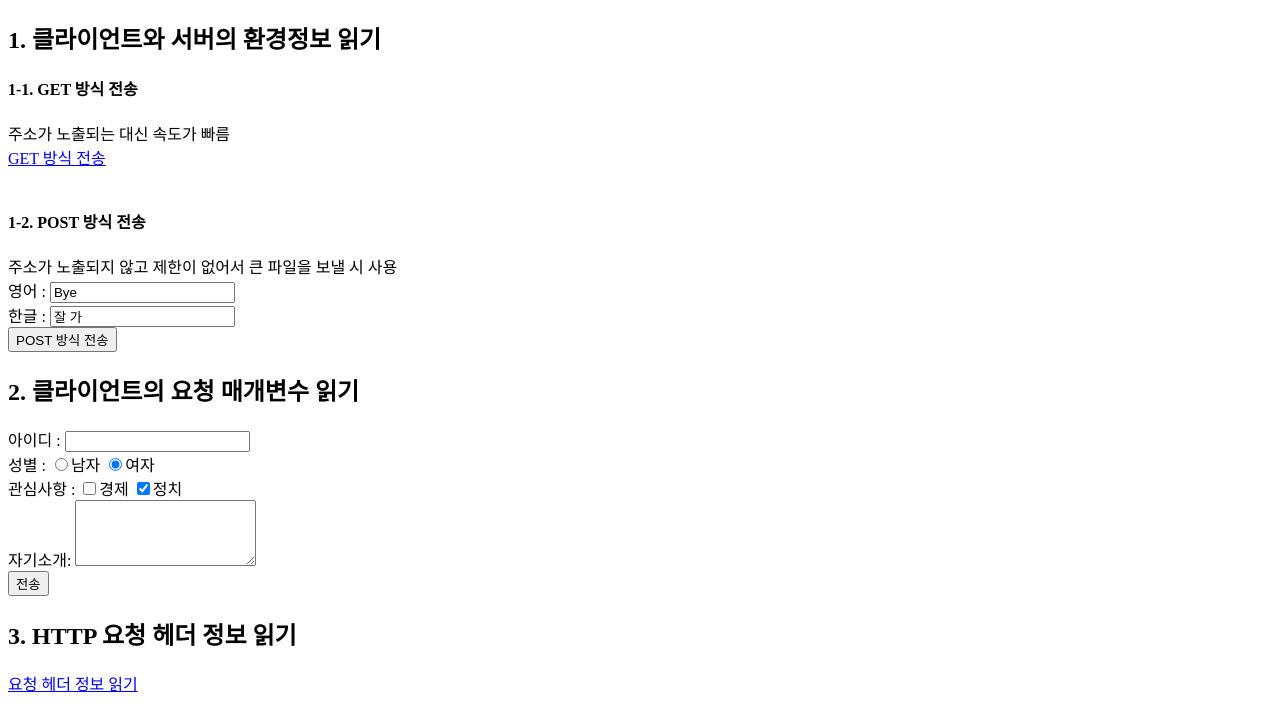
Repository: Jadedvst/JSP-Servlet
Page: http://localhost/MustHaveJSP/02ImplicitObject/RequestHeader.jsp
An editor plug-in stored every save of this project. The page is shown before and after the next save, followed by the edit.
The browser window is 1280 px wide. The pictures show the whole page.
The page is served by Tomcat 9.

Above is the page before, as saved 2023-12-11 03:11:25.

After the next save:
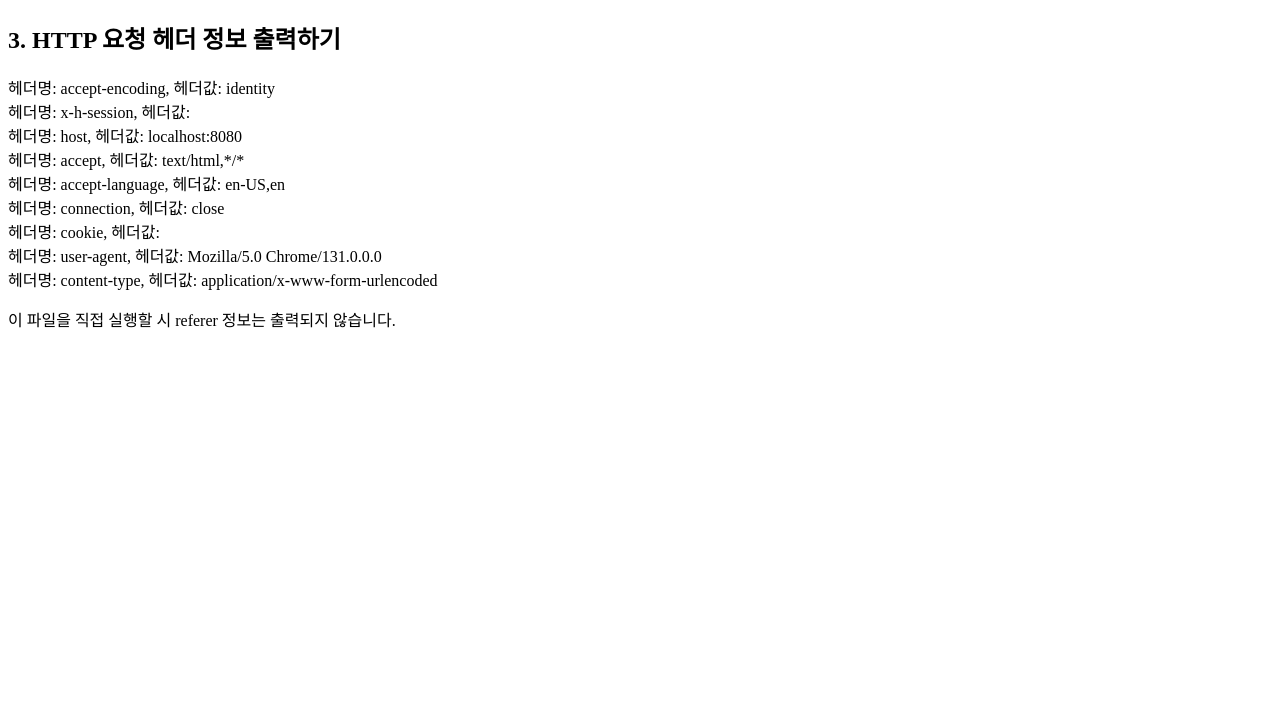
Saved 28 min 5 s later.
--- a/MustHaveJSP/src/main/webapp/02ImplicitObject/RequestHeader.jsp
+++ b/MustHaveJSP/src/main/webapp/02ImplicitObject/RequestHeader.jsp
@@ -1,3 +1,4 @@
+<%@ page import="java.util.Enumeration" %>
 <%@ page language="java" contentType="text/html; charset=UTF-8"
     pageEncoding="UTF-8"%>
 <!DOCTYPE html>
@@ -7,42 +8,15 @@
 <title>내장 객체 - request</title>
 </head>
 <body>
-	<h2>1. 클라이언트와 서버의 환경정보 읽기</h2>
-	<h4>1-1. GET 방식 전송</h4>
-	주소가 노출되는 대신 속도가 빠름<br/>
-	<a href="./RequestWebInfo.jsp?eng=Hello&han=안녕">
-		GET 방식 전송
-	</a>
-	<br />
-	<br />
-	<!-- form: 서버에서 브라우저에 보내는 정보 -->
-	<h4>1-2. POST 방식 전송</h4>
-	<form action="./RequestWebInfo.jsp" method="post">
-		주소가 노출되지 않고 제한이 없어서 큰 파일을 보낼 시 사용<br/>
-		영어 : <input type="text" name="eng" value="Bye" /><br/>
-		한글 : <input type="text" name="han" value="잘 가" /><br/>
-		<input type="submit" value="POST 방식 전송" />
-	</form>
-
-	<h2>2. 클라이언트의 요청 매개변수 읽기</h2>
-	<form action="RequestParameter.jsp" method="post">
-		아이디 : <input type="text" name="id" value="" /><br/>
-		성별 :
-		<input type="radio" name="sex" value="man" />남자
-		<input type="radio" name="sex" value="woman" checked="checked" />여자
-		<br/>
-		관심사항 :
-		<input type="checkbox" name="favo" value="eco" />경제
-		<input type="checkbox" name="favo" value="pol" checked="checked" />정치<br/>
-		자기소개:
-		<textarea name="intro" cols="20" rows="4"></textarea>
-		<br/>
-		<input type="submit" value="전송" />
-	</form>
-
-	<h2>3. HTTP 요청 헤더 정보 읽기</h2>
-	<a href="RequestHeader.jsp">
-		요청 헤더 정보 읽기
-	</a>
+	<h2>3. HTTP 요청 헤더 정보 출력하기</h2>
+	<%
+	Enumeration headers = request.getHeaderNames();
+	while (headers.hasMoreElements()){
+		String headerName = (String)headers.nextElement();
+		String headerValue = request.getHeader(headerName);
+		out.print("헤더명: "+headerName+", 헤더값: "+headerValue+"<br/>");
+	}
+	%>
+	<p>이 파일을 직접 실행할 시 referer 정보는 출력되지 않습니다.</p>
 </body>
 </html>
